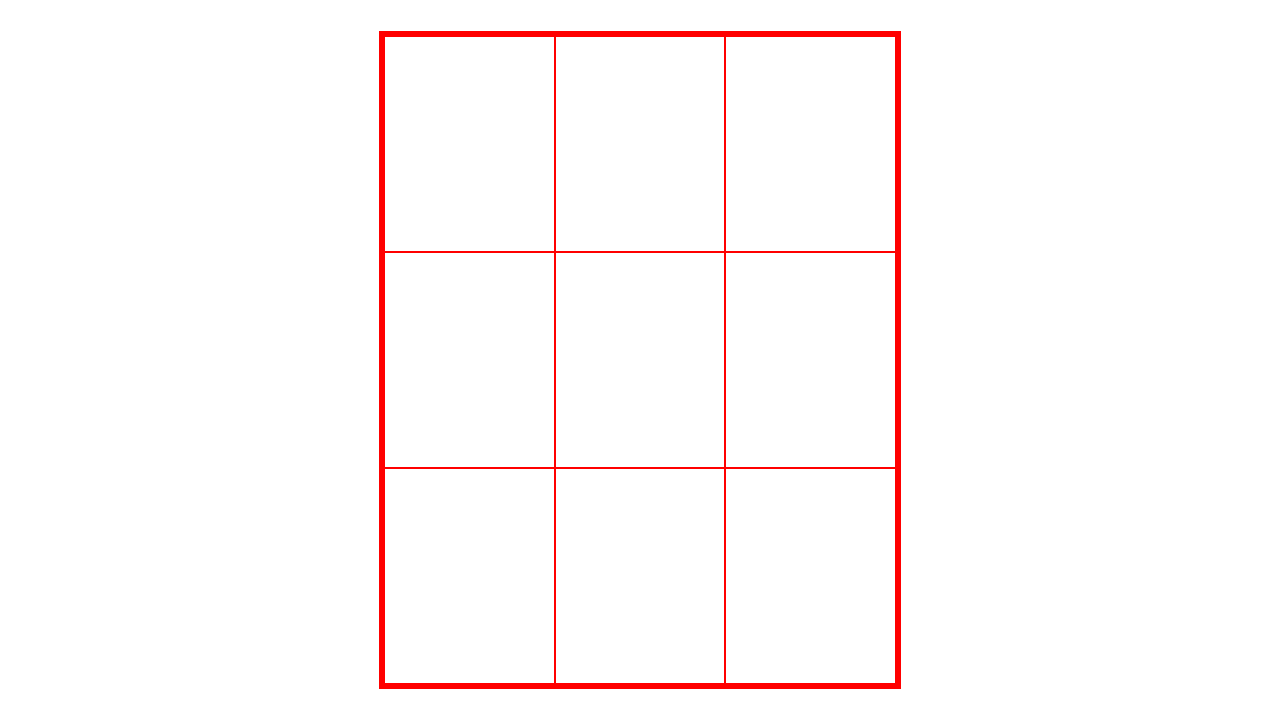
Repository: kocokoy/TOP-tic-tac-toe
Page: index.html
These files come from the project's save history. The page is drawn as it stood at one moment and after a run of saves; the edit follows.
The browser window is 1280 px wide. The pictures show the whole page.

Above is the page before, as saved 2024-11-07 14:24:01.

After the next 2 saves:
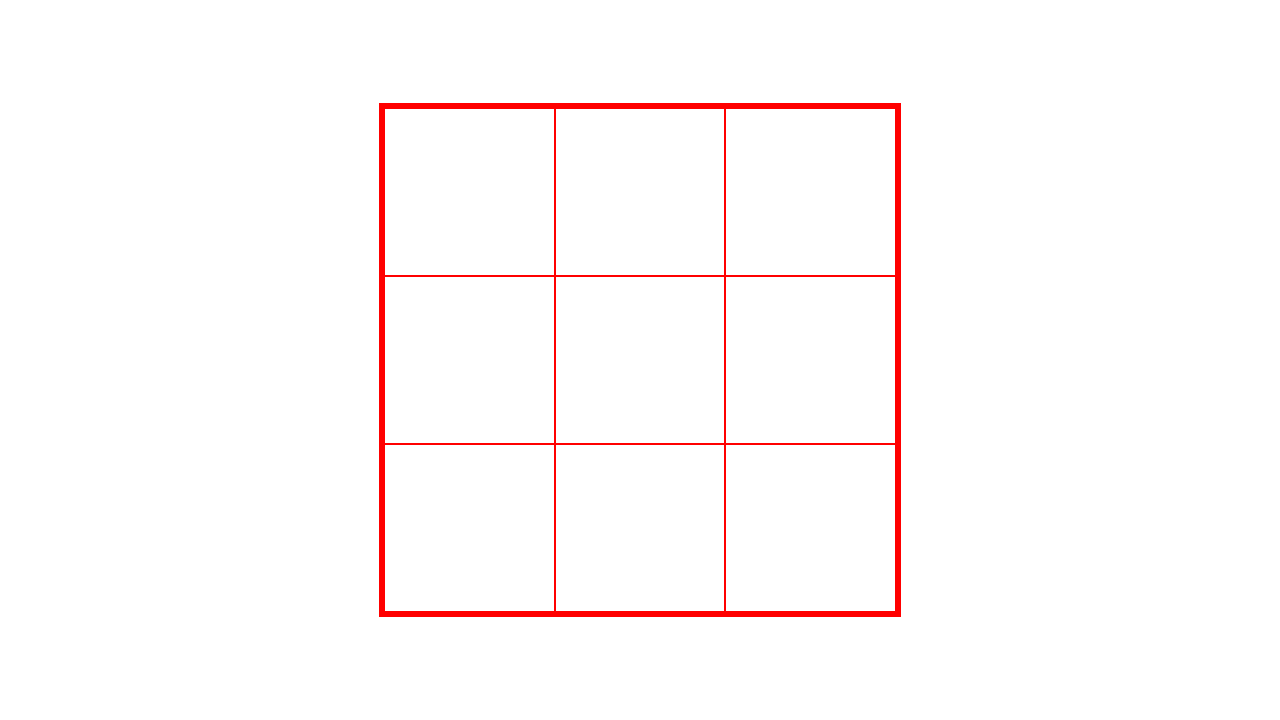
The 2 saves are shown as one change because they came seconds apart.
The last was saved 9 s later.
--- a/styles/style.css
+++ b/styles/style.css
@@ -15,7 +15,7 @@ body{
   /* gap: 10px; */
   border: 5px solid red;
   width: 40%;
-  height: 90%;
+  height: 70%;
 }
 .gameboard div{
   border: 1px solid red;
